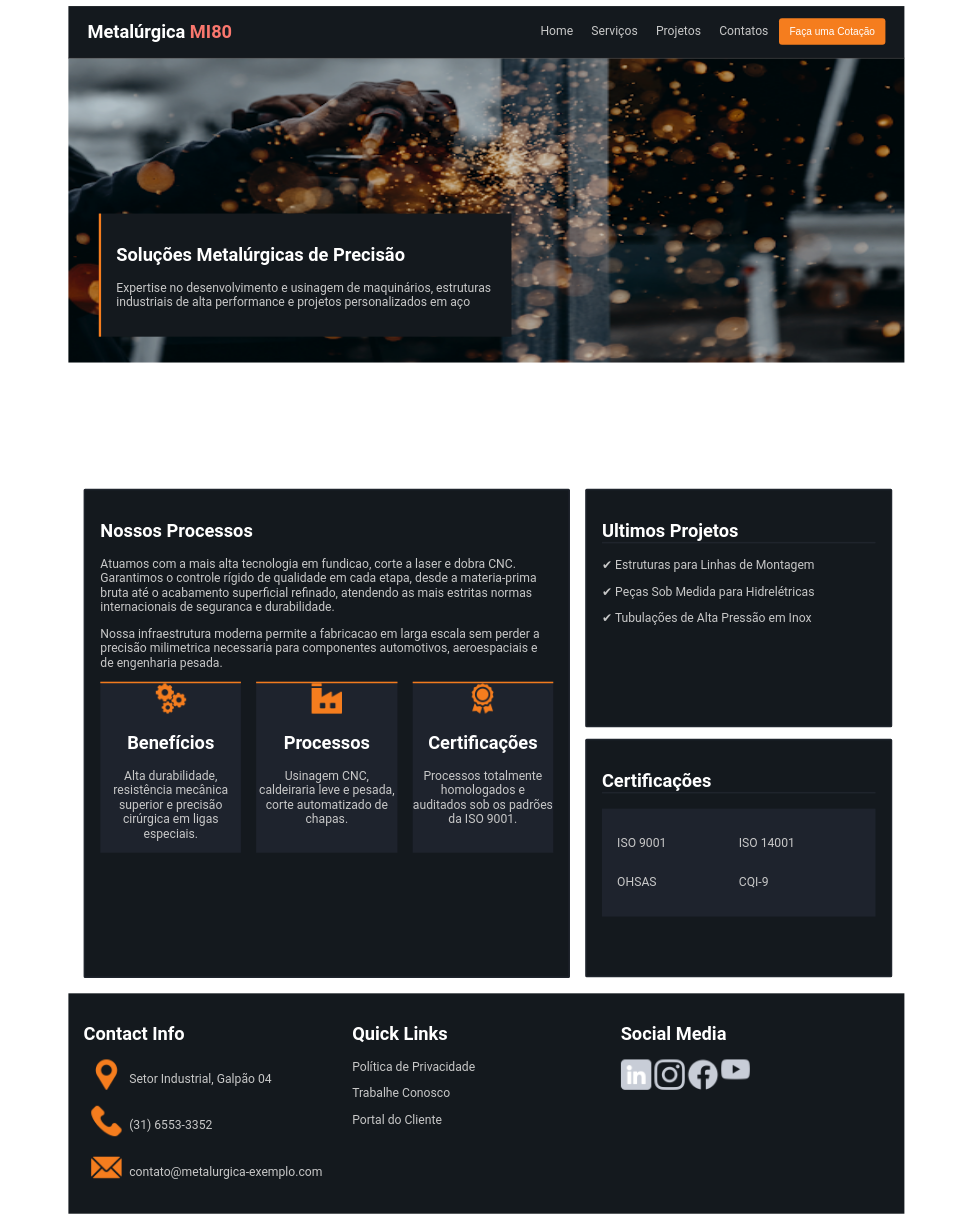
Repository: guiCherpinski/landing-page-metalurgica
Page: index.html
The author's editor kept a copy of each file at every save. The page is drawn from the files as they stood at one save, then again after the next save.
The browser window is 1280 px wide. The pictures show the whole page, at 76% of full size.

Above is the page before, as saved 2026-06-08 15:29:37.

### index.html
<!DOCTYPE html>
<html lang="pt-br">
<head>
    <meta charset="UTF-8">
    <meta name="viewport" content="width=device-width, initial-scale=1.0">
    <title>Metalúrgica</title>
    <link rel="stylesheet" href="style.css">
</head>
<body>
    <header>
        <nav>
            <h1>Metalúrgica <span>MI80</span></h1>

            <div class = "buttons">
                <a href="/">Home</a>
                <a href="/">Serviços</a>
                <a href="/">Projetos</a>
                <a href="/">Contatos</a>
                <button>Faça uma Cotação</button>
            </div>
        </nav>
    </header>

    <main>
        <section class = "hero-section">
            <img src="./img/homem-serrando.png" alt="Foto de um Soldador">
            <div class = "text-hero">
                <h2>Soluções Metalúrgicas de Precisão</h2>
                <p>Expertise no desenvolvimento e usinagem de maquinários, estruturas industriais de alta performance e projetos personalizados em aço</p>
            </div>
        </section>
    </main>

    <section class = "all-sections">
        <section class = "our-process">

            <h2>Nossos Processos</h2>

            <p>Atuamos com a mais alta tecnologia em fundicao, corte a laser e dobra CNC. Garantimos o
                controle rígido de qualidade em cada etapa, desde a materia-prima bruta até o acabamento
                superficial refinado, atendendo as mais estritas normas internacionais de seguranca e
                durabilidade.
            </p>

            <p>Nossa infraestrutura moderna permite a fabricacao em larga escala sem perder a precisão
                milimetrica necessaria para componentes automotivos, aeroespaciais e de engenharia
                pesada.
            </p>

            <section class = "articles">
                <article class = "article-benefits">
                    <img src="./img/settings-gears.png" alt="Icone de engrenagens">
                    <h2>Benefícios</h2>
                    <p>Alta durabilidade, resistência mecânica superior e precisão cirúrgica em ligas especiais.</p>
                </article>

                <article class = "article-process">
                    <img src="./img/industry.png" alt="Icone de industria">
                    <h2>Processos</h2>
                    <p>Usinagem CNC, caldeiraria leve e pesada, corte automatizado de chapas.</p>
                </article>

                <article class = "article-certificates">
                    <img src="./img/medal.png" alt="Icone de medalha">
                    <h2>Certificações</h2>
                    <p>Processos totalmente homologados e auditados sob os padrões da ISO 9001.</p>
                </article>
            </section>
        </section>

        <div class = "grid">
            <section class = "last-projects">
                <h2>Ultimos Projetos</h2>
                <p>✔ Estruturas para Linhas de Montagem </p>
                <p>✔ Peças Sob Medida para Hidrelétricas</p>
                <p>✔ Tubulações de Alta Pressão em Inox</p>
            </section>

            <section class = "certificates">
                <h2>Certificações</h2>
                <div class = "paragrafos">
                    <p>ISO 9001</p>
                    <p>ISO 14001</p>
                    <p>OHSAS</p>
                    <p>CQI-9</p>
                </div>
            </section>
        </div>
    </section>


    <footer class = "rodape">
        <section>
            <h2>Contact Info</h2>

            <article class = "text-rodape">
                <img src="./img/placeholder.png" alt="Icone pin">
                <p>Setor Industrial, Galpão 04</p>
            </article>

            <article class = "text-rodape">
                <img src="./img/phone-call.png" alt="Icone de telefone">
                <p>(31) 6553-3352</p>
            </article>

            <article class = "text-rodape   ">
                <img src="./img/email.png" alt="Icone email">
                <p>contato@metalurgica-exemplo.com</p>
            </article>
        </section>

        <section>
            <h2>Quick Links</h2>
            <p>Política de Privacidade</p>
            <p>Trabalhe Conosco</p>
            <p>Portal do Cliente</p>
        </section>

        <section>
            <h2>Social Media</h2>
            <img src="./img/linkedin.png" alt="Icone linkedin">
            <img src="./img/instagram.png" alt="Icone instagram">
            <img src="./img/facebook.png" alt="Icone facebook">
            <img src="./img/youtube.png" alt="Icone youtube">
        </section>
    </footer>


</body>
</html>

### style.css
body{
    font-family: 'Roboto' , sans-serif;
    justify-items: center;
    /*background: #0A0A14;*/
}

header{
    background: #14191E;
    width: 1100px;
    border-bottom: 1px solid #2D2929;
}

header h1{
    color: white;
}

header h1 span {
    color: #FA776E;
}

header nav {
    display: flex;
    align-items: center;
    justify-content: space-between;
    margin-left: 25px;
    margin-right: 25px;
}

header nav a {
    margin-left: 10px;
    margin-right: 10px;
    text-decoration: none;
    color: #C8C8C8;
}


header button {
    width:140px;
    height: 35px;
    background: #F57D1E;
    border: none;
    border-radius: 4px;
    color: white;
}

header button:hover{
    cursor: pointer;
    background:#CC5500;
}

.hero-section img{
    width: 1100px;
    height: 400px;
}

.text-hero{
    background: #14191E;
    border-left: 3px solid #F57D1E;
    width: 500px;
    padding: 20px;
    position: relative;
    bottom: 200px;
    left: 40px;
}

.text-hero h2{
    color: white;
}

.text-hero p{
    color: #c8c8c8;
}

.articles{
    display: grid;
    grid-template-columns: 1fr 1fr 1fr;
    gap: 20px;
}

.our-process{
    background: #14191E;
    height: 600px;
    border: 2px solid #1F242C;
    border-radius: 2px;
    padding: 20px;
}

.our-process h2{
    color: white;
}

.our-process p{
    color: #c8c8c8;
}

.our-process img{
    width: 40px;
    height: 40px;
}

.article-benefits{
    background: #1E232D;
    border-top: 2px solid #F27B1E;
    text-align: center;
}

.article-process{
    background: #1E232D;
    border-top: 2px solid #F27B1E;
    text-align: center;
}

.article-certificates{
    background: #1E232D;
    border-top: 2px solid #F27B1E;
    text-align: center;
}

.last-projects{
    background: #14191E;
    border: 2px solid #1F242C;
    border-radius: 2px;
    padding: 20px;
    height: 270px;
    width: 360px;
}

.last-projects h2{
    color: white;
    border-bottom: 2px solid #1F242C;
}

.last-projects p {
    color: #c8c8c8;
}

.certificates{
    background: #14191E;
    border: 2px solid #1F242C;
    border-radius: 2px;
    height: 270px;
    width: 360px;
    padding: 20px;
    margin-top: 15px;
}

.certificates h2{
    color: white;
    border-bottom: 2px solid #1F242C;
}

.certificates p{
    color: #c8c8c8;
}

.all-sections{
    display: grid;
    grid-template-columns: 640px 400px;
    gap: 20px;
}

.rodape{
    padding: 20px;
    width: 1060px;
    margin: 20px;
    display: grid;
    grid-template-columns: 1fr 1fr 1fr;
    background: #14191E;
}

.rodape h2{
    color: white;
}

.rodape p{
    color: #c8c8c8;
}

.rodape img {
    width: 40px;
    height: 40px;
}

.text-rodape{
    border-top: #1F242C;
    display: flex;
    margin: 10px;
    gap: 10px;
}

.grid{
    display: grid;
    grid-template-columns: 1fr;
}

.paragrafos{
    display: grid;
    grid-template-columns: 1fr 1fr;
    background: #1E232D;
    padding: 20px;
}

After the next save:
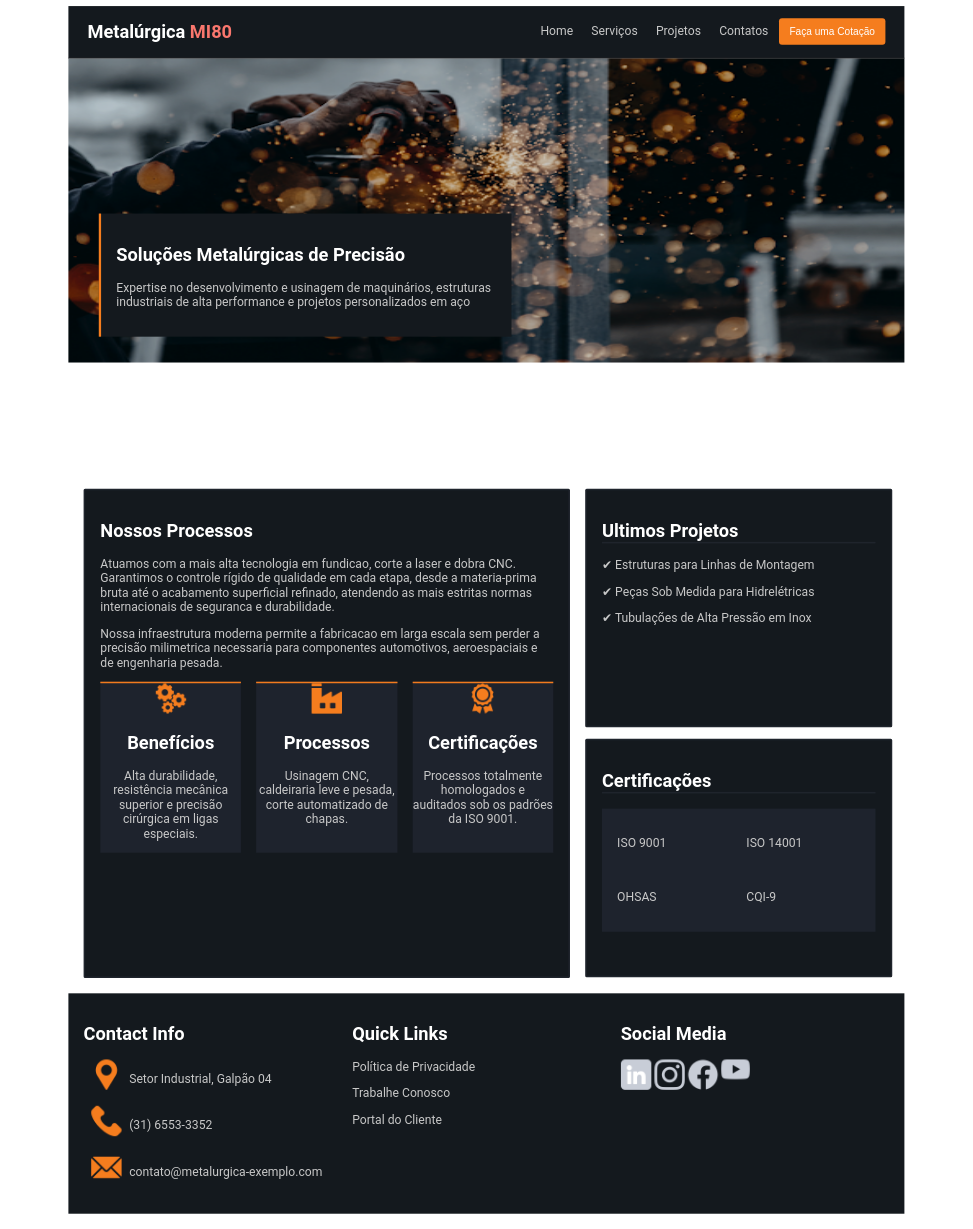
Saved 9 s later.
--- a/style.css
+++ b/style.css
@@ -198,4 +198,5 @@
     grid-template-columns: 1fr 1fr;
     background: #1E232D;
     padding: 20px;
-}
+    gap: 20px;
+}

After the save that followed:
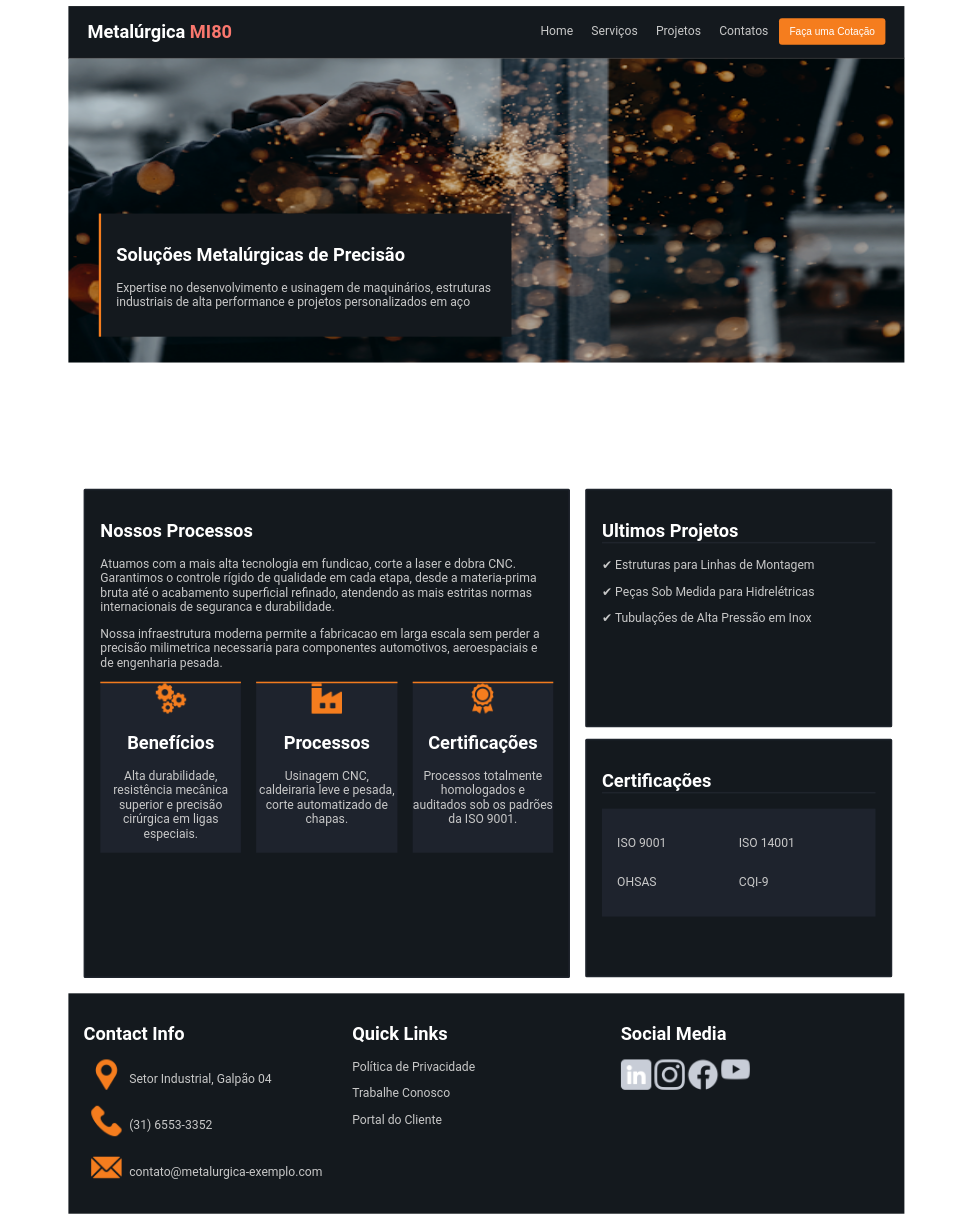
Saved 5 s later.
--- a/style.css
+++ b/style.css
@@ -198,5 +198,4 @@
     grid-template-columns: 1fr 1fr;
     background: #1E232D;
     padding: 20px;
-    gap: 20px;
-}
+}
